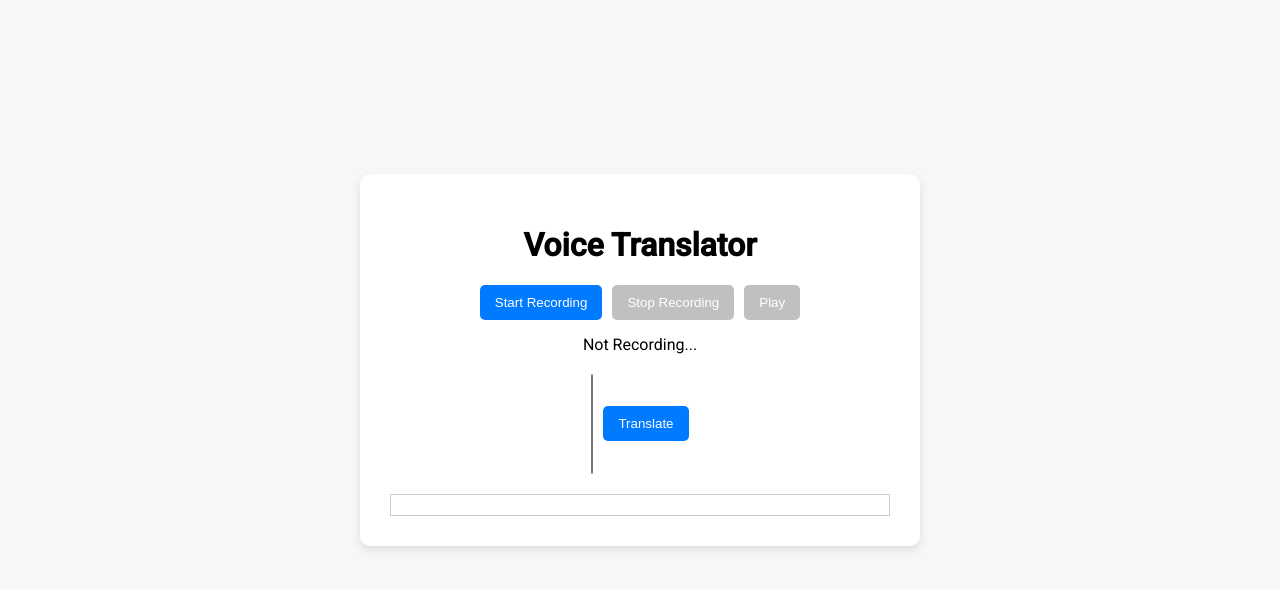
Repository: Tobby004/voice-and-text-translator
Page: index.html
The author's editor kept a copy of each file at every save. The page is drawn from the files as they stood at one save, then again after the next save.
The browser window is 1280 px wide. The pictures show the whole page.
The page's requests for data from a server got no answer.

Above is the page before, as saved 2023-08-29 18:36:19.
Console error: ReferenceError: populateLanguageDropdown is not defined

### index.html
<!DOCTYPE html>
<html lang="en">
<head>
    <meta charset="UTF-8">
    <meta http-equiv="X-UA-Compatible" content="IE=edge">
    <meta name="viewport" content="width=device-width, initial-scale=1.0">
    <title>Voice Translator</title>
    <link rel="stylesheet" href="style.css">
    <link href="https://fonts.googleapis.com/css2?family=Roboto:wght@400;500&display=swap" rel="stylesheet">
</head>
<body>
    <div class="container">
        <h1>Voice Translator</h1>
        <div class="controls">
            <button id="startRecord">Start Recording</button>
            <button id="stopRecord" disabled>Stop Recording</button>
            <button id="playAudio" disabled>Play</button>
            <a id="downloadAudio" href="#" download="recording.wav" style="display: none;">Download Recording</a>
        </div>
        <div id="recordingStatus">Not Recording...</div>
        <audio id="audioPlayer" controls style="display:none;"></audio>

        <div class="translation-controls">
            <select id="languageSelect" multiple></select>
            <button id="translate">Translate</button>
        </div>
        <div id="translatedTextContainer">
            <!-- Translated texts will be appended here -->
        </div>
    </div>
    <script src="app.js"></script>
    <script src="translator.js"></script>
</body>
</html>

### style.css
body {
    font-family: 'Roboto', sans-serif;
    background-color: #f7f7f7;
    display: flex;
    justify-content: center;
    align-items: center;
    height: 100vh;
    margin: 0;
}

.container {
    background: white;
    padding: 30px;
    border-radius: 10px;
    box-shadow: 0 4px 8px rgba(0, 0, 0, 0.1);
    width: 80%;
    max-width: 500px;
}

h1 {
    text-align: center;
}

.controls {
    display: flex;
    gap: 10px;
    justify-content: center;
    margin-top: 20px;
}

button {
    cursor: pointer;
    padding: 10px 15px;
    border: none;
    border-radius: 5px;
    background-color: #007BFF;
    color: white;
    transition: background-color 0.3s;
}

button:hover {
    background-color: #0056b3;
}

button:disabled {
    background-color: #c0c0c0;
    cursor: not-allowed;
}

#recordingStatus {
    text-align: center;
    margin-top: 15px;
}

#audioPlayer {
    width: 100%;
    margin-top: 10px;
}

.translation-controls {
    display: flex;
    gap: 10px;
    justify-content: center;
    align-items: center;
    margin-top: 20px;
}

#languageSelect {
    height: 100px;
}

#translatedTextContainer {
    margin-top: 20px;
    padding: 10px;
    border: 1px solid #ccc;
}

### app.js
let mediaRecorder;
let audioChunks = [];
let audioBlob;
let audioUrl;
let audio = new Audio();
let recordingInterval;

document.getElementById("startRecord").addEventListener("click", startRecording);
document.getElementById("stopRecord").addEventListener("click", stopRecording);
document.getElementById("playAudio").addEventListener("click", playLastRecording);
document.getElementById("translate").addEventListener("click", translateRecording);

async function startRecording() {
    audioChunks = []; // Clear previous recording chunks
    audioBlob = null; // Reset previous audio blob
    audioUrl = null; // Reset previous audio URL

    let stream = await navigator.mediaDevices.getUserMedia({ audio: true });
    mediaRecorder = new MediaRecorder(stream);
    mediaRecorder.ondataavailable = event => {
        audioChunks.push(event.data);
    };
    mediaRecorder.onstop = () => {
        audioBlob = new Blob(audioChunks, { type: 'audio/wav' });
        audioUrl = URL.createObjectURL(audioBlob);
        audio.src = audioUrl;

        const audioPlayer = document.getElementById("audioPlayer");
        audioPlayer.src = audioUrl;
        audioPlayer.style.display = "block";

        const downloadLink = document.getElementById("downloadAudio");
        downloadLink.href = audioUrl;
        downloadLink.style.display = "block";
    };
    mediaRecorder.start();
    document.getElementById("startRecord").disabled = true;
    document.getElementById("stopRecord").disabled = false;

    let recordingDuration = 0;
    document.getElementById("recordingStatus").textContent = "Recording: 00:00";
    recordingInterval = setInterval(() => {
        recordingDuration += 1;
        let minutes = Math.floor(recordingDuration / 60);
        let seconds = recordingDuration % 60;
        document.getElementById("recordingStatus").textContent = `Recording: ${String(minutes).padStart(2, '0')}:${String(seconds).padStart(2, '0')}`;
    }, 1000);
}

function stopRecording() {
    mediaRecorder.stop();
    document.getElementById("startRecord").disabled = false;
    document.getElementById("stopRecord").disabled = true;
    document.getElementById("playAudio").disabled = false;

    clearInterval(recordingInterval);
    document.getElementById("recordingStatus").textContent = "Recording Stopped";
}

function playLastRecording() {
    const audioPlayer = document.getElementById("audioPlayer");
    audioPlayer.currentTime = 0;
    audioPlayer.play();
}

async function translateRecording() {
    if (!audioBlob) {
        alert("Please record something first!");
        return;
    }

    // Placeholder for sending the audioBlob to a voice-to-text service
    let transcribedText = "This is a placeholder for the transcribed text.";

    const sourceLang = 'en';
    const languageSelect = document.getElementById("languageSelect");
    const selectedLanguages = Array.from(languageSelect.selectedOptions).map(option => option.value);

    const translatedContainer = document.getElementById("translatedTextContainer");
    translatedContainer.innerHTML = "";  // Clear previous translations

    for (let targetLang of selectedLanguages) {
        let translated = await translateText(sourceLang, targetLang, transcribedText);
        let translatedDiv = document.createElement("div");
        translatedDiv.textContent = `Translation (${targetLang}): ${translated}`;
        translatedContainer.appendChild(translatedDiv);
    }
}

// Populate the language dropdown on page load
populateLanguageDropdown();

### translator.js
// translator.js

const API_KEY = 'YOUR_GOOGLE_CLOUD_API_KEY';

// Fetching the list of supported languages
async function fetchSupportedLanguages() {
    const response = await fetch(`https://translation.googleapis.com/language/translate/v2/languages?key=${API_KEY}`);
    const data = await response.json();
    const languages = data.data.languages.map(lang => lang.language);
    populateLanguagesDropdown(languages);  // Function to populate the dropdown with fetched languages
    return languages;
}

// Translating text
async function translateText(sourceLang, targetLang, text) {
    const response = await fetch(`https://translation.googleapis.com/language/translate/v2?key=${API_KEY}&source=${sourceLang}&target=${targetLang}&q=${text}`);
    const data = await response.json();
    displayTranslatedText(data.data.translations[0].translatedText);  // Function to display the translated text to the user
}

// Function to populate the language dropdown with the list of supported languages
function populateLanguagesDropdown(languages) {
    const dropdown = document.getElementById('languageSelect');
    languages.forEach(lang => {
        const option = document.createElement('option');
        option.value = lang;
        option.innerText = lang;
        dropdown.appendChild(option);
    });
}

// Function to display the translated text to the user
function displayTranslatedText(translatedText) {
    const outputDiv = document.getElementById('translatedText');
    outputDiv.innerText = translatedText;
}

// Initial call to populate the dropdown when the page loads
document.addEventListener('DOMContentLoaded', fetchSupportedLanguages);

After the next save:
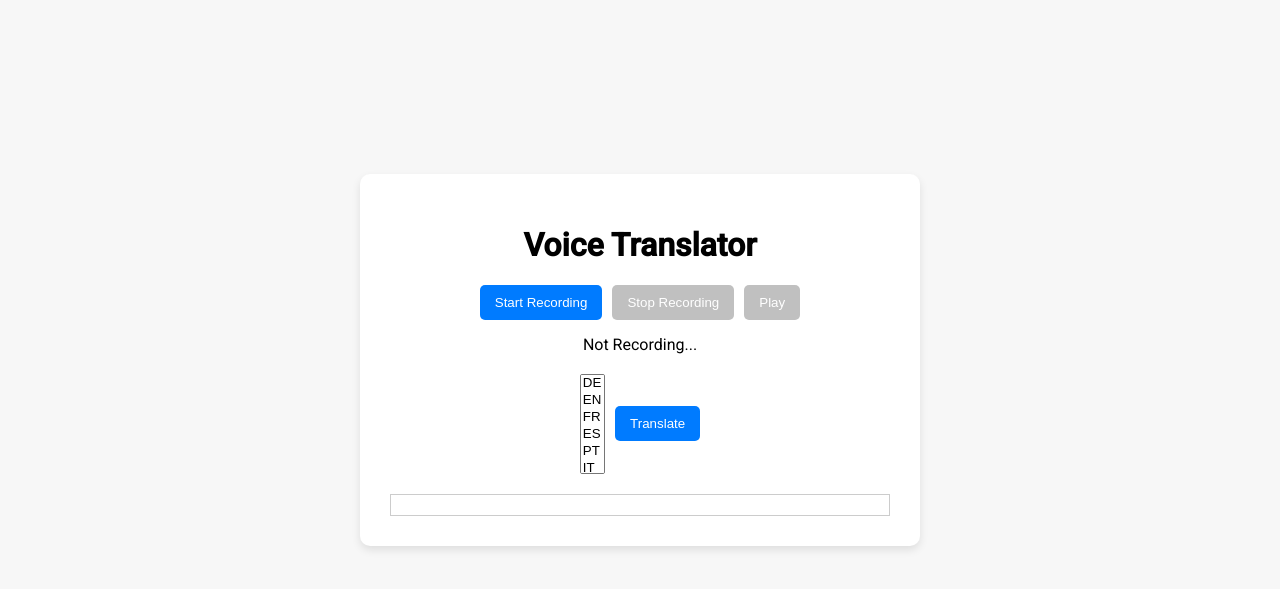
The error is gone.
Saved 14 h 50 min later.
--- a/index.html
+++ b/index.html
@@ -28,7 +28,7 @@
             <!-- Translated texts will be appended here -->
         </div>
     </div>
+    <script src="translator.js"></script>
     <script src="app.js"></script>
-    <script src="translator.js"></script>
 </body>
 </html>
--- a/translator.js
+++ b/translator.js
@@ -1,39 +1,42 @@
-// translator.js
+const DEEPL_API_ENDPOINT = "https://api-free.deepl.com/v2/translate";
+const DEEPL_API_KEY = "b24af2b0-f0af-b39e-0c85-fb0731487499:fx";  // Replace with your actual DeepL API key
 
-const API_KEY = 'YOUR_GOOGLE_CLOUD_API_KEY';
+async function translateWithDeepL(sourceLang, targetLang, text) {
+    const requestData = {
+        auth_key: DEEPL_API_KEY,
+        source_lang: sourceLang,
+        target_lang: targetLang,
+        text: text
+    };
 
-// Fetching the list of supported languages
-async function fetchSupportedLanguages() {
-    const response = await fetch(`https://translation.googleapis.com/language/translate/v2/languages?key=${API_KEY}`);
+    const response = await fetch(DEEPL_API_ENDPOINT, {
+        method: 'POST',
+        headers: {
+            'Content-Type': 'application/json'
+        },
+        body: JSON.stringify(requestData)
+    });
+
+    if (!response.ok) {
+        throw new Error("Failed to translate using DeepL");
+    }
+
     const data = await response.json();
-    const languages = data.data.languages.map(lang => lang.language);
-    populateLanguagesDropdown(languages);  // Function to populate the dropdown with fetched languages
-    return languages;
+    return data.translations[0].text;
 }
 
-// Translating text
-async function translateText(sourceLang, targetLang, text) {
-    const response = await fetch(`https://translation.googleapis.com/language/translate/v2?key=${API_KEY}&source=${sourceLang}&target=${targetLang}&q=${text}`);
-    const data = await response.json();
-    displayTranslatedText(data.data.translations[0].translatedText);  // Function to display the translated text to the user
+// This function populates the language dropdown with supported languages
+async function populateLanguageDropdown() {
+    // Placeholder for supported languages by DeepL
+    const supportedLanguages = ["DE", "EN", "FR", "ES", "PT", "IT", "NL", "PL", "RU", "JA", "ZH"];
+    const languageSelect = document.getElementById("languageSelect");
+    for (let lang of supportedLanguages) {
+        let option = document.createElement("option");
+        option.value = lang;
+        option.textContent = lang;  // You can enhance this by mapping language codes to full language names
+        languageSelect.appendChild(option);
+    }
 }
 
-// Function to populate the language dropdown with the list of supported languages
-function populateLanguagesDropdown(languages) {
-    const dropdown = document.getElementById('languageSelect');
-    languages.forEach(lang => {
-        const option = document.createElement('option');
-        option.value = lang;
-        option.innerText = lang;
-        dropdown.appendChild(option);
-    });
-}
-
-// Function to display the translated text to the user
-function displayTranslatedText(translatedText) {
-    const outputDiv = document.getElementById('translatedText');
-    outputDiv.innerText = translatedText;
-}
-
-// Initial call to populate the dropdown when the page loads
-document.addEventListener('DOMContentLoaded', fetchSupportedLanguages);
+// Call the function to populate the dropdown on page load
+document.addEventListener('DOMContentLoaded', populateLanguageDropdown);
